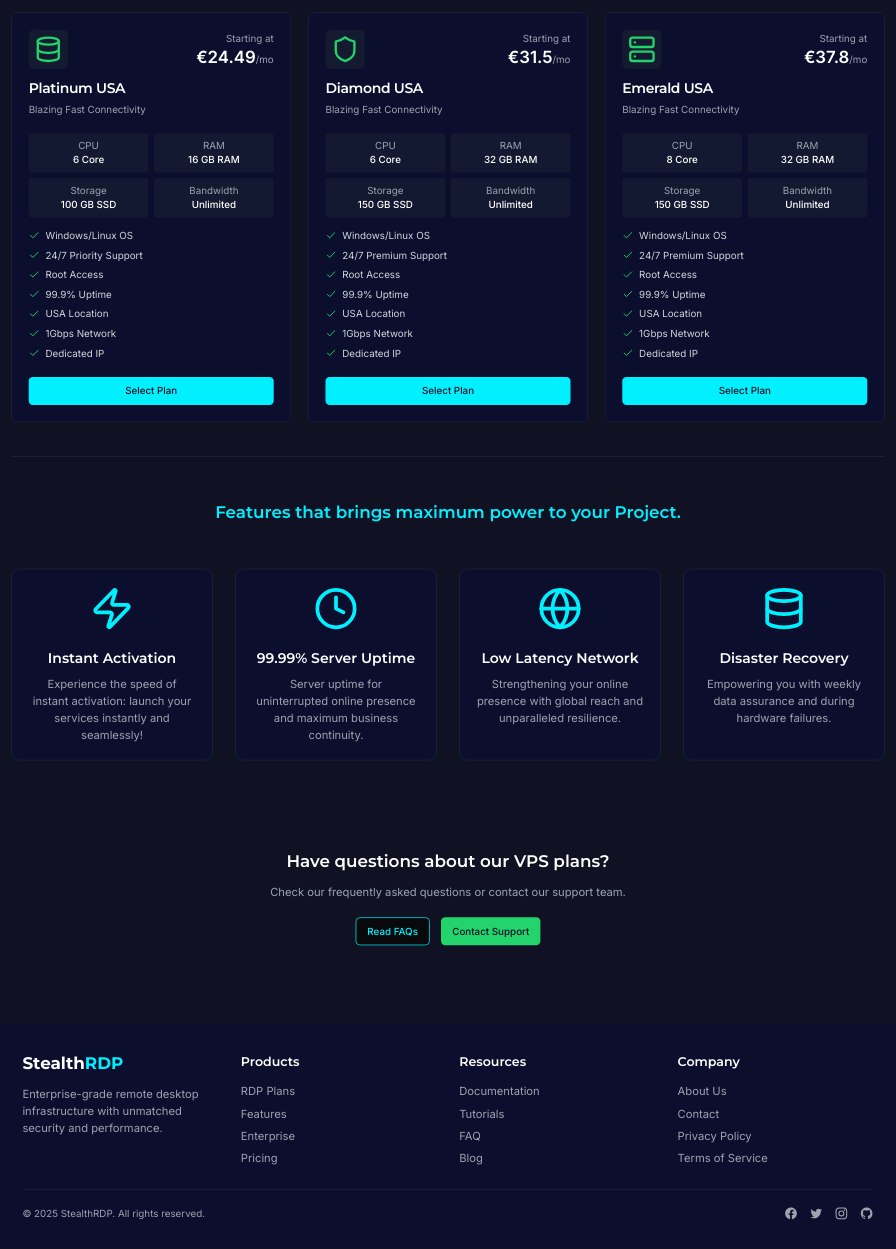
Repository: Husnainn01/stealthrdp2
Page: /plans
The author's editor kept a copy of each file at every save. The page is drawn from the files as they stood at one save, then again after the next save.
The browser window is 1280 px wide. The pictures show the part of the page from y = 1048 to 2968 px (the page is 2832 px tall before and 2968 px after), at 70% of full size.
The project was rebuilt for these pictures with package versions that can differ from the ones it lists, and the page was loaded fresh each time. Also part of the build but not shown: vite.config.ts, src/components/ui/tooltip.tsx, src/pages/Index.tsx, src/components/ui/accordion.tsx, src/pages/FAQ.tsx, src/pages/Features.tsx, src/pages/NotFound.tsx.

Above is the page before, as saved 2025-05-05 02:57:27.

After the next save:
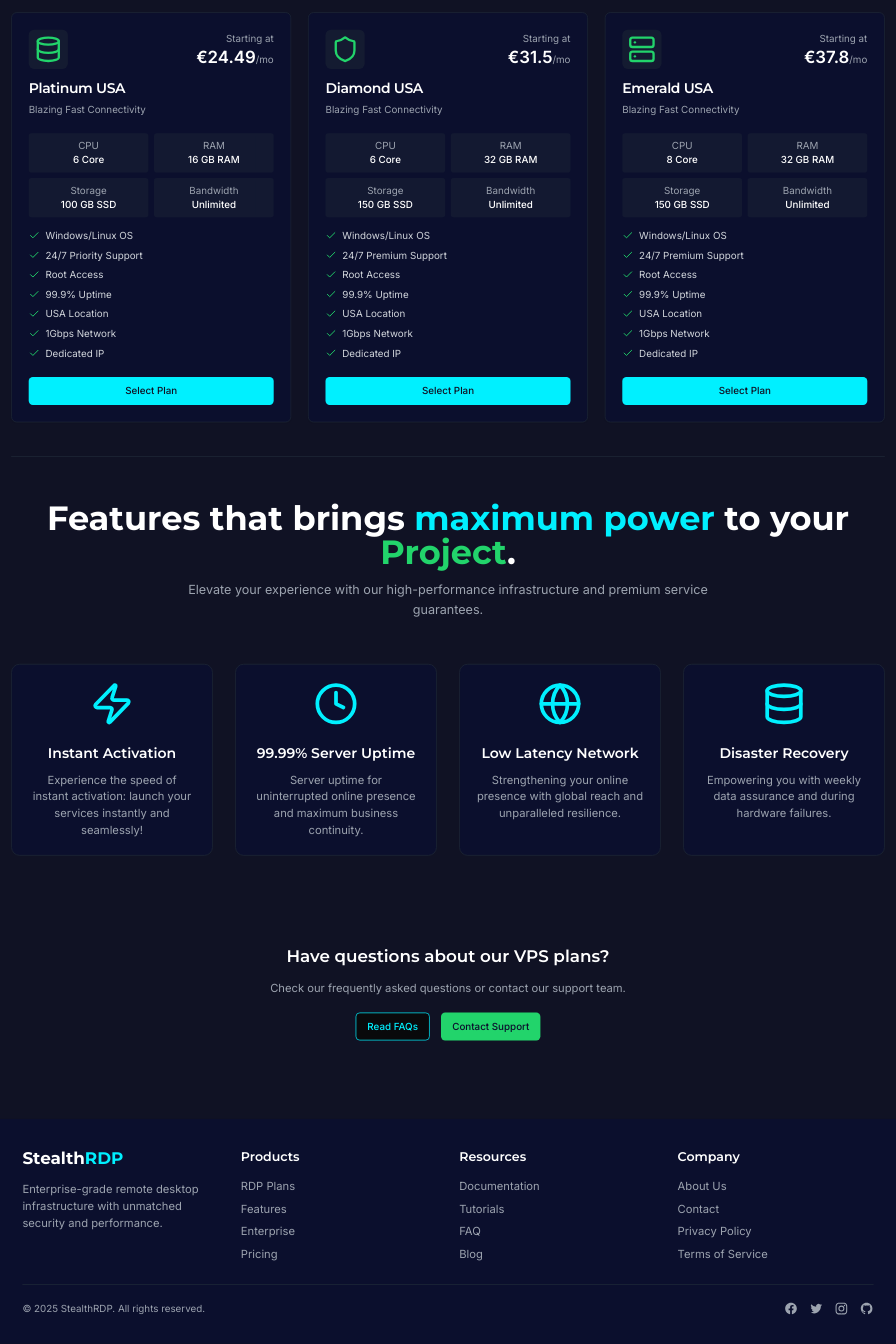
Saved 103 s later.
--- a/src/pages/Plans.tsx
+++ b/src/pages/Plans.tsx
@@ -383,9 +383,12 @@
           {/* Easy Steps Section */}
           <div className="py-16 border-t border-gray-800">
             <div className="text-center mb-16">
-              <h3 className="text-xl md:text-2xl font-semibold text-electric mb-4">
-                Features that brings maximum power to your Project.
+              <h3 className="text-3xl md:text-4xl lg:text-5xl font-bold text-white mb-4">
+                Features that brings <span className="text-electric">maximum power</span> to your <span className="text-cyber">Project</span>.
               </h3>
+              <p className="text-gray-400 max-w-3xl mx-auto text-lg">
+                Elevate your experience with our high-performance infrastructure and premium service guarantees.
+              </p>
             </div>
 
             <div className="grid grid-cols-1 md:grid-cols-2 lg:grid-cols-4 gap-8">
